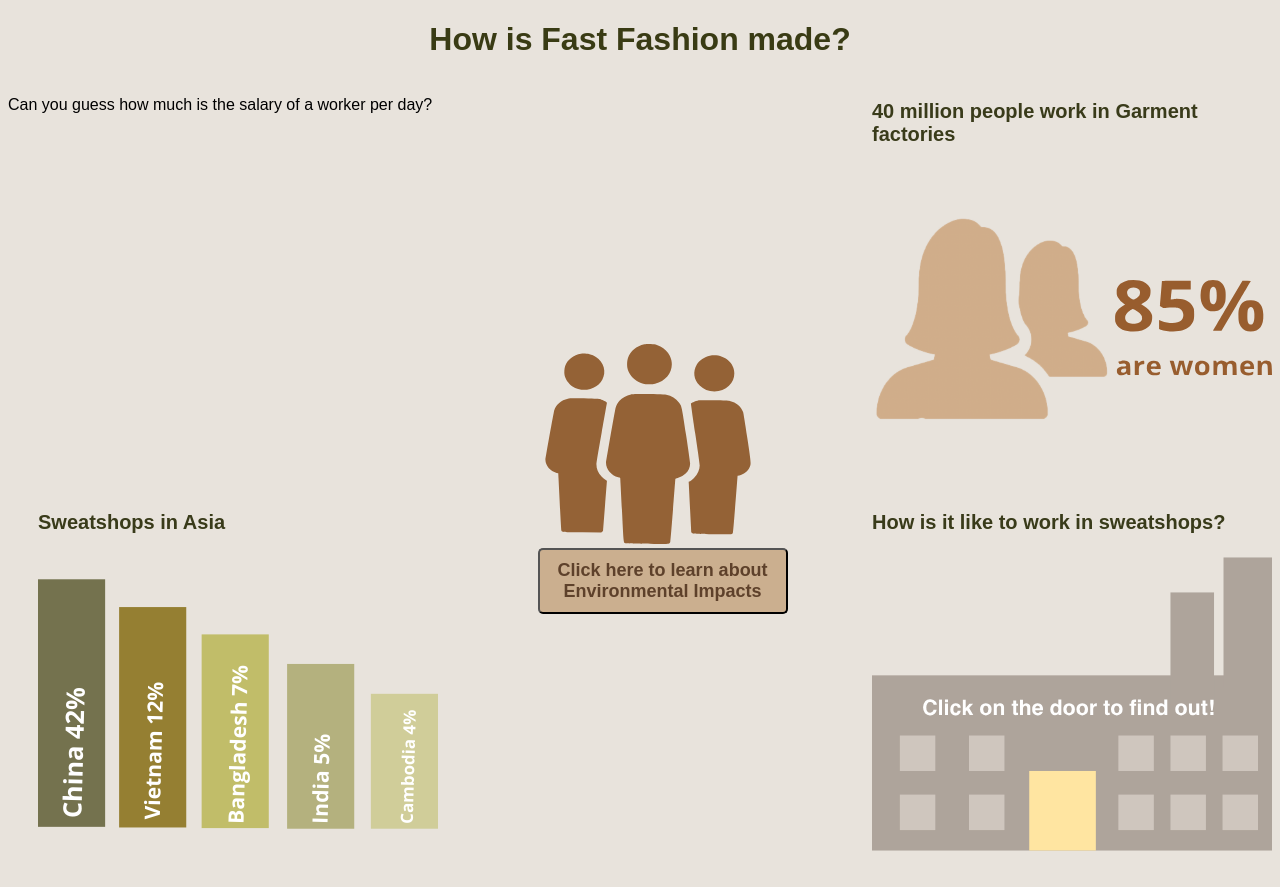
Repository: DevOfHockey/mdia-2190-midterm
Page: fashionlabor.html
These files come from the project's save history. The page is drawn as it stood at one moment and after the next save; the edit follows.
The browser window is 1280 px wide. The pictures show the whole page.

Above is the page before, as saved 2022-03-06 22:29:23.

After the next save:
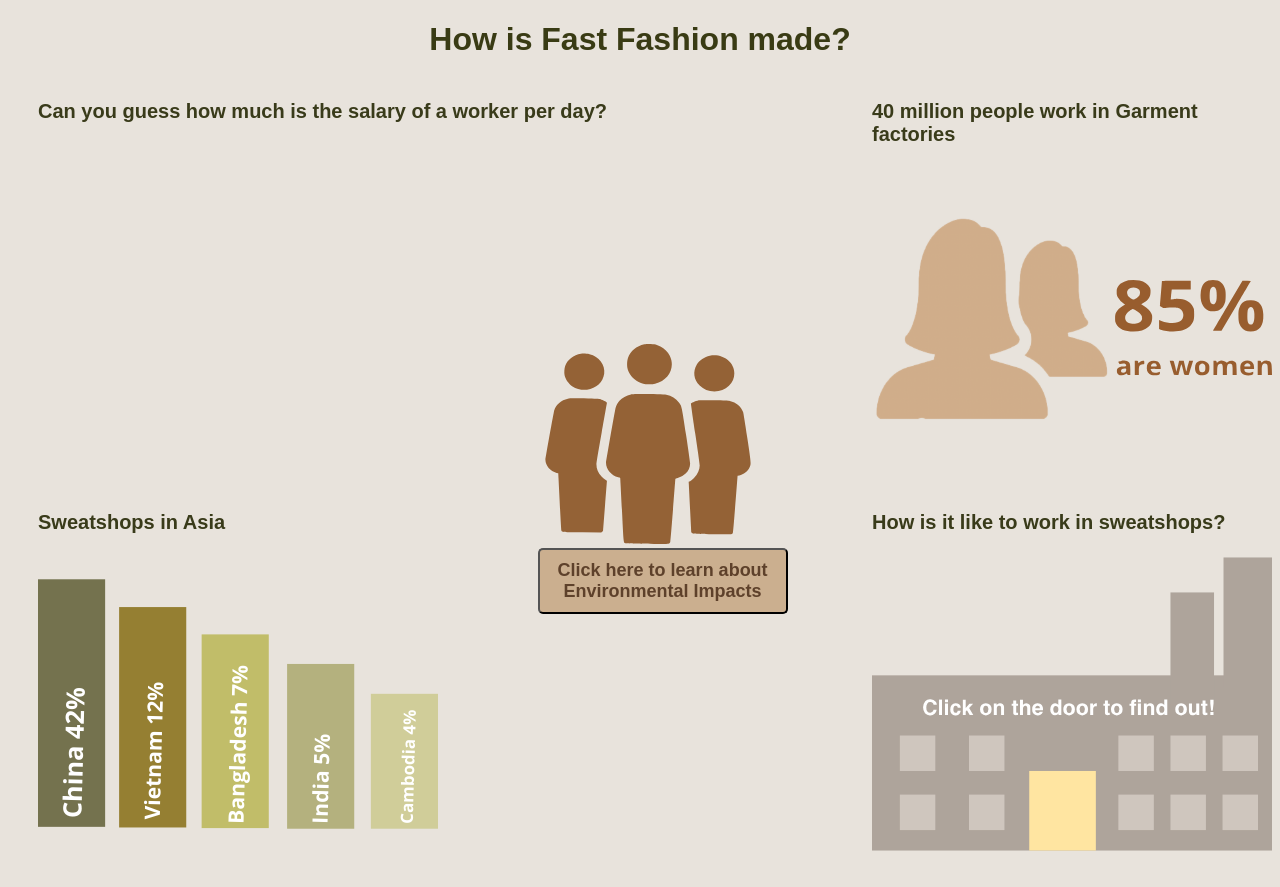
Saved 56 s later.
--- a/fashionlabor.css
+++ b/fashionlabor.css
@@ -29,3 +29,10 @@ button {
     position: absolute;
     left: 42%;
 }
+p {
+    font-size: 20px;
+    font-weight: bold;
+    color: #393B1A;
+    text-align: left;
+    margin-left: 30px;
+}
